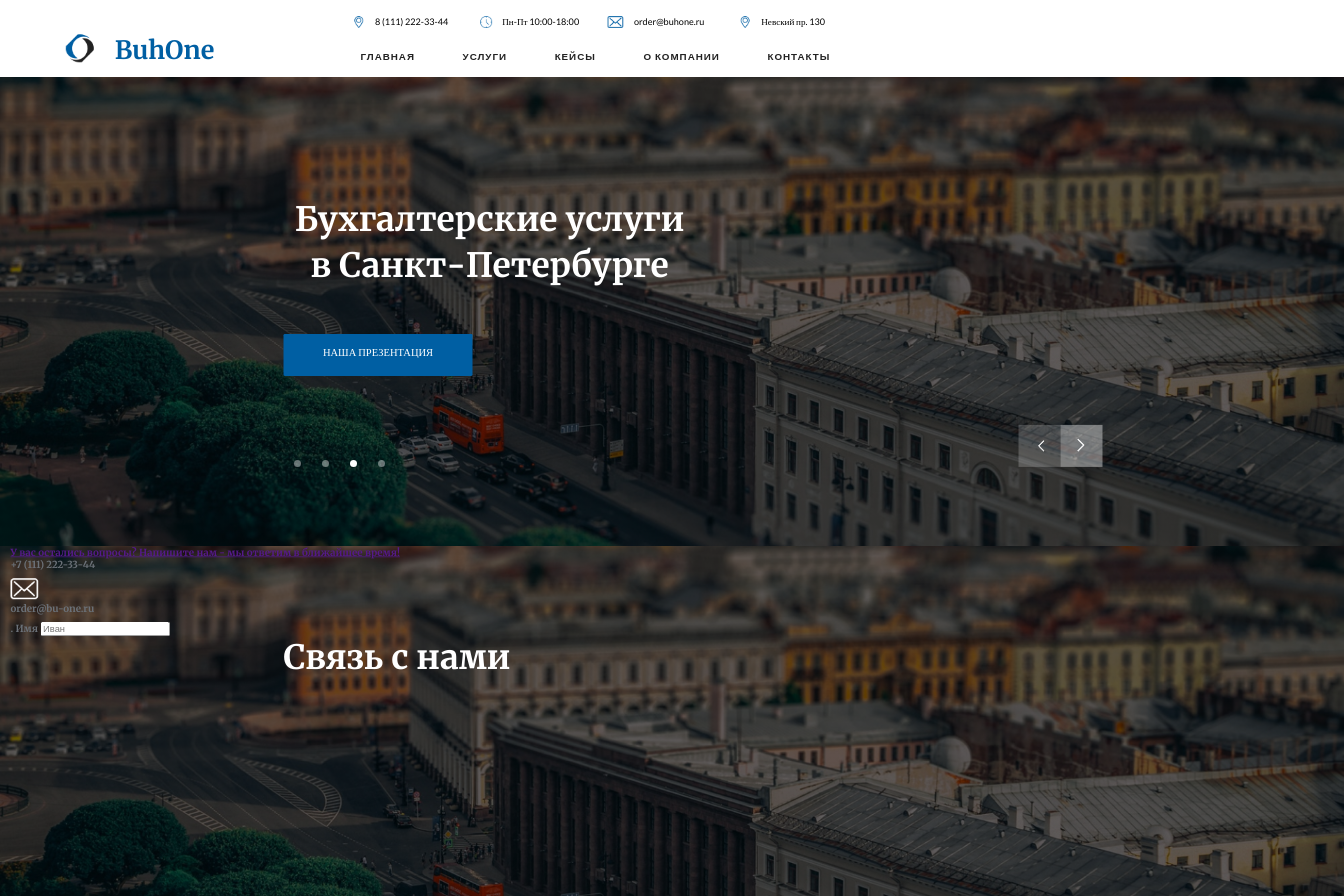
Repository: ZetsubouBilly/test
Page: index.html
The author's editor kept a copy of each file at every save. The page is drawn from the files as they stood at one save, then again after the next save.
The browser window is 1280 px wide. The page is 1920 px wide, so the pictures cover 1920 px, including what lies to the right of the window. The pictures show the part of the page from y = 0 to 1280 px (the page is 1785 px tall), at 70% of full size.

Above is the page before, as saved 2023-05-13 15:46:40.

### index.html
<!DOCTYPE html>
<html lang="ru">
  <head>
    <meta charset="UTF-8" />
    <meta
      name="viewport"
      content="width=device-width, initial-scale=1.0, minimum-scale=1.0, maximum-scale=1.0"
    />
    <link rel="preconnect" href="https://fonts.gstatic.com" />
    <link rel="preconnect" href="https://fonts.googleapis.com" />
    <link rel="preconnect" href="https://fonts.gstatic.com" crossorigin />
    <link
      href="https://fonts.googleapis.com/css2?family=Lato:wght@300;400;700&family=Merriweather:wght@700;900&display=swap"
      rel="stylesheet"
    />
    <link
      rel="stylesheet"
      type="text/css"
      href="https://cdn.jsdelivr.net/npm/slick-carousel@1.8.1/slick/slick.css"
    />
    <link rel="stylesheet" href="css/style.css" />

    <meta name="description" content="Описание страницы" />
    <meta name="google" content="notranslate" />
    <meta name="keywords" content="создаие сайтов, верстка сайтов" />

    <title>BuhOne</title>

    <script src="https://cdnjs.cloudflare.com/ajax/libs/jquery/3.5.1/jquery.min.js"></script>
  </head>
  <body>
    <!-- Header -->

    <header class="header" id="header">
      <div class="header__inner">
        <div class="header__inner_l">
          <div class="header__logo">
            <img src="img/logo.png" alt="" />
            <p class="header__logo_name">BuhOne</p>
          </div>
        </div>
        <div class="header__inner_r">
          <div class="top-line">
            <div class="top-line_info">
              <img class="top-line_info_img" src="img/placeholder.png" alt="" />
              <p class="top-line_info_text">8 (111) 222-33-44</p>
            </div>
            <div class="top-line_info">
              <img class="top-line_info_img" src="img/time.png" alt="" />
              <p class="top-line_info_text">Пн-Пт 10:00-18:00</p>
            </div>
            <div class="top-line_info">
              <img class="top-line_info_img" src="img/Frame.png" alt="" />
              <p class="top-line_info_text">order@buhone.ru</p>
            </div>
            <div class="top-line_info">
              <img class="top-line_info_img" src="img/placeholder.png" alt="" />
              <p class="top-line_info_text">Невский пр. 130</p>
            </div>
          </div>
          <nav class="nav" id="nav">
            <a class="nav__link" href="#" data-scroll="#features">Главная</a>
            <a class="nav__link" href="#" data-scroll="#works">Услуги</a>
            <a class="nav__link" href="#" data-scroll="#team">Кейсы</a>
            <a class="nav__link" href="#" data-scroll="#reviews">О компании</a>
            <a class="nav__link" href="#" data-scroll="#download">Контакты</a>
          </nav>
        </div>

        <button class="burger" type="button" id="navToggle">
          <span class="burger__item">Menu</span>
        </button>
      </div>
    </header>

    <!-- Intro -->

    <div class="intro" id="intro">
      <div class="container">
        <div class="intro__inner">
          <h1 class="intro__title">Бухгалтерские услуги в Санкт-Петербурге</h1>

          <a class="btn btn--blue" href="">Наша презентация</a>
          <div class="slider__controls">
            <div class="slider__controls_dot"></div>
            <div class="slider__controls_dot"></div>
            <div class="slider__controls_dot active"></div>
            <div class="slider__controls_dot"></div>
          </div>

          <div class="slider_btn">
            <div class="slider__button slider__button-prev"></div>

            <svg
              width="9"
              height="60"
              stroke="white"
              viewBox="0 0 9 15"
              fill="white"
              xmlns="http://www.w3.org/2000/svg"
            >
              <path
                d="M1.56397 7.49961L8.33822 0.725363C8.50482 0.558757 8.50482 0.29156 8.33822 0.124954C8.17161 -0.0416514 7.90442 -0.0416514 7.73781 0.124954L0.661789 7.20097C0.495183 7.36758 0.495183 7.63478 0.661789 7.80138L7.73781 14.8743C7.81954 14.956 7.92956 15 8.03644 15C8.14332 15 8.25334 14.9591 8.33508 14.8743C8.50168 14.7077 8.50168 14.4405 8.33508 14.2739L1.56397 7.49961Z"
                fill="white"
              />
            </svg>
            <div class="slider__button slider__button-next active"></div>
            <svg
              width="67"
              height="60"
              stroke="white"
              viewBox="-33 -18 26 53"
              fill="none"
              xmlns="http://www.w3.org/2000/svg"
            >
              <path
                d="M7.43599 7.50039L0.661751 14.2746C0.495145 14.4412 0.495145 14.7084 0.661751 14.875C0.828356 15.0417 1.09555 15.0417 1.26216 14.875L8.33818 7.79903C8.50479 7.63242 8.50479 7.36522 8.33818 7.19862L1.26216 0.125741C1.18043 0.0440098 1.0704 6.46293e-07 0.963525 6.55637e-07C0.856646 6.6498e-07 0.746623 0.0408666 0.664892 0.125741C0.498287 0.292346 0.498287 0.559543 0.664892 0.726148L7.43599 7.50039Z"
                fill="white"
              ></path>
            </svg>
          </div>
        </div>
      </div>
    </div>

    <div class="contact" id="">
      <div class="container">
        <div class="contact_all">
          <div class="contact_l">
            <h1 class="contact__title">Связь с нами</h1>
            <a href="" class="contact__question"
              >У вас остались вопросы? Напишите нам - мы ответим в ближайшее
              время!</a
            >

            <div class="contact_l_footer">
              <p class="contact_phone">+7 (111) 222-33-44</p>
              <div class="contact_flex_email">
                <img src="img/letter.png" alt="" />
                <p class="contact_email">order@bu-one.ru</p>
              </div>
            </div>
          </div>
          <div class="contact_r">
            <form class="contact_form" action="">
                .
                <label class="contact_label" for="">Имя</label>
                <input type="text" placeholder="Иван">
            </form>
          </div>
        </div>
      </div>
    </div>

    <!-- Testimonials

<div class="reviews" id="reviews">
    <div class="container">

        <div class="reviews__slider" id="reviewsSlider">
            <div class="slick-item">
             <div class="reviews__item">
                 <div class="reviews__photo">
                     <img class="reviews__img" src="img/reviews/review-1.jpg" alt="">
                 </div>
                 <div class="reviews__content">
                        <div class="reviews__text">“Integer posuere erat a ante venenatis dapibus posuere velit aliquet. Donec sed odio dui. Aenean eu leo quam...”</div>
                       <div class="reviews__author">Susan Sims, Interaction Designer at XYZ</div>
                 </div>
                </div>
            </div>

                <div class="slick-item">
                <div class="reviews__item">
                    <div class="reviews__photo">
                        <img class="reviews__img" src="img/reviews/review-1.jpg" alt="">
                    </div>
                    <div class="reviews__content">
                           <div class="reviews__text">"Lorem ipsum dolor sit amet consectetur, adipisicing elit. Maiores, tempore velit, debitis quasi doloribus vero natus sint ratione temporibus fugiat voluptatum nesciunt modi. Adipisci aliquid voluptatem magni laborum, facilis nisi".</div>
                          <div class="reviews__author">Susan Sims, Interaction Designer at XYZ</div>
                    </div>
                   </div>
                </div>
            </div>
        </div>

    </div>
</div> <!-- /reviews -->
    -->

    <!-- Footer -->

    <footer class="footer">
      <div class="container">
        <div class="footer__inner">
          <div class="footer__block">
            <h4 class="footer__title">Location</h4>
            <address class="footer__adress">
              <div>3481 Melrose Place</div>
              <div>Beverly Hills, CA 90210</div>
            </address>
          </div>

          <div class="footer__block">
            <h4 class="footer__title">Share with Love</h4>
            <div class="social social--footer">
              <a class="social__item" href="" target="_blank">
                <svg class="social__icon">
                  <use xlink:href="#facebook"></use>
                </svg>
              </a>

              <a class="social__item" href="" target="_blank">
                <svg class="social__icon">
                  <use xlink:href="#twitter"></use>
                </svg>
              </a>

              <a class="social__item" href="" target="_blank">
                <svg class="social__icon">
                  <use xlink:href="#linkedin"></use>
                </svg>
              </a>
            </div>
          </div>
          <!-- /footer__block__social -->

          <div class="footer__block">
            <h4 class="footer__title">About ActiveBox</h4>
            <div class="footer__text">
              <p>
                Cras justo odio, dapibus ac facilisis in, egestas eget quam.
                Donec ullamcorper nulla non metus auctor fringilla.
              </p>
            </div>
          </div>
        </div>
        <!-- /footer__inner -->
      </div>
      <!-- /container -->

      <div class="copyright">
        <div class="container">
          <div class="copyright__text">
            <div>Copyright © 2015 ActiveBox. All Rights Reserved</div>
            <div>Made <span>by Kamal Chaneman</span></div>
          </div>
        </div>
      </div>
    </footer>

    <!-- Javascript -->
    <script src="https://cdn.jsdelivr.net/npm/slick-carousel@1.8.1/slick/slick.min.js"></script>
    <script src="js/app.js"></script>
  </body>
</html>

### css/style.css
body {
  margin: 0;

  font-family: "Merriweather", sans-serif;
  font-size: 14px;
  color: #6c7279;
  -webkit-font-smoothing: antialiased;

  background-color: #fff;
}

*,
*:before,
*:after {
  box-sizing: border-box; /* алгоритм подсчета размеров с учетом padding и границ. */
}

h1,
h2,
h3,
h4,
h5,
h6 {
  margin: 0;
}

p {
  margin: 0 0 10px;
}

/* Container
==================== */

.container {
  width: 100%;
  max-width: 1920px;
  margin: 0 auto;
  padding: 0 15px;
}

/* Header
==================== */

.header {
  /* position: absolute; */
  width: 100%;
  height: 73px;
  height: 110px;
  /* left: 50%; */
  /* top: 6.52px; */
  /* margin-left: -560px; */
  background-color: #fff;
}

.header.fixed {
  height: auto;

  position: fixed; /* фиксируем шапку при скроле*/

  background-color: #fff;
}

.header.fixed .header__inner {
  padding-top: 15px;
  padding-bottom: 15px;

  border-bottom: 0;
}

.header__inner {
  display: flex;
  justify-content: space-around;
  align-items: center;
  max-width: 1116px;
  /* padding: 35px 0; */

  /* border-bottom: 1px solid #4d5066; */
  margin: 0 auto;
}
.header__inner_l {
  margin-right: 185px;
}
.header__inner_r {
  display: flex;
  flex-direction: column;
  width: 671px;
}

.header__logo {
  display: flex;
  align-items: flex-start;
  justify-content: space-between;
  max-width: 260px;
  padding-top: 33px;
}
.header__logo_name {
  font-size: 36px;
  margin-left: 30px;
  color: #005fa3;
}

/* Top-line
==================== */

.top-line {
  display: flex;
  padding: 23px 0px 0px 40px;
  justify-content: center;
  margin-bottom: 22px;
  width: 671px;
}
.top-line_info {
  display: flex;
  margin-right: 40px;
}
.top-line_info_img {
  margin-right: 15px;
  max-width: 23px;
  height: 17px;
}
.top-line_info_text {
  font-family: "Lato";
  font-style: normal;
  font-weight: 400;
  font-size: 13px;
  line-height: 17px;
  width: 110px;

  color: #000000;
}

/* Nav
==================== */

.nav {
  display: flex;
  font-size: 13px;
  font-weight: 700;
  text-transform: uppercase;
  width: 671px;
  justify-content: space-between;
  margin-bottom: 31px;
}

.nav__link {
  font-family: "Lato", sans-serif;
  font-style: normal;
  font-weight: 700;
  font-size: 14px;
  line-height: 17px;

  letter-spacing: 0.1em;
  text-transform: uppercase;

  color: #222222;
  text-decoration: none;
}
.nav__link:first-child {
  margin-left: 0;
}

.nav__link:hover {
  opacity: 1;
}

/* Intro
==================== */

.intro {
  /* position: absolute; */
  width: 1920px;
  height: 670px;
  /* left: 0px;
    top: 110px; */

  /* background-size: cover; */
  background: linear-gradient(0deg, rgba(0, 0, 0, 0.6), rgba(0, 0, 0, 0.6)),
    url("../img/Rectangle.png") no-repeat;
}

.intro__inner {
  width: 100%;
  max-width: 1920px;
  margin: 0 auto;
  text-align: center;
}

.intro__title {
  position: absolute;
  width: 589px;
  height: 117px;
  left: 405px;
  top: 280px;

  /* h1 */

  font-family: "Merriweather";
  font-style: normal;
  font-weight: 700;
  font-size: 48px;
  line-height: 66px;

  color: #ffffff;
}

.intro__subtitle {
  margin-bottom: 60px;
  font-size: 22px;
  color: #fff;
  line-height: 1.5;
  font-weight: 400;
}

/* Button
==================== */

.btn {
  display: inline-block;
  vertical-align: top;
  padding: 14px 40px;

  border-radius: 2px;
  border: 0;
  cursor: pointer;

  font-family: "Lato";
  font-style: normal;
  font-weight: 400;
  font-size: 15px;
  line-height: 25px;
  text-align: center;

  color: #fff;

  text-transform: uppercase;
  text-decoration: none;

  transition: background 0.1s linear;
}

.btn--blue {
  position: absolute;
  width: 270px;
  height: 60px;
  left: 405px;
  top: 477px;

  background: #005fa3;
}


/* Slider Controls
==================== */
.slider__controls {
  position: absolute;
  width: 160px;
  height: 10px;
  left: 405px;
  top: 657px;
  display: flex;
  justify-content: space-around;
}

.slider__controls_dot {
  /* position: absolute; */
  width: 10px;
  height: 10px;
  /* left: 555px; */
  /* top: 657px; */
  border-radius: 50%;

  background: #ffffff;
  opacity: 0.4;
}
.slider__controls_dot.active {
  opacity: 1;
}

.slider_btn {
  position: absolute;

  left: 1455px;
  top: 607px;
  display: flex;
}
.slider__button {
    position: relative;
  width: 60px;
  height: 60px;
  background-color: #fff;
  opacity: 0.2;
}
 svg {
    position: absolute;
    left: 23.58%;
    right: 23.58%;
    top: 0%;
    bottom: 0%;
    opacity: 1;
  }
.slider__button-prev {
    position: relative;
  /* background: #ffffff; */
  /* opacity: 0.2; */

}


.slider__button-next.active {
    position: relative;
  background: #ffffff;
  opacity: 0.4;
}
/* .slider__button-next img{
    position: absolute;
    left: 76.42%;
    right: -29.26%;
    top: 100%;
    bottom: -100%;

    transform: rotate(180deg);
} */

/* Cpntact
==================== */
.contact {
    position: relative;
    width: 1920px;
    height: 670px;
    /* left: 0px;
      top: 110px; */

    /* background-size: cover; */
    background: linear-gradient(0deg, rgba(0, 0, 0, 0.6), rgba(0, 0, 0, 0.6)),
      url("../img/Rectangle.png") no-repeat;
  }
.contact__title {
    position: absolute;
    width: 589px;
    height: 117px;
    left: 405px;
    top: 125px;

    /* h1 */

    font-family: "Merriweather";
    font-style: normal;
    font-weight: 700;
    font-size: 48px;
    line-height: 66px;

    color: #ffffff;
}

.features {
  display: flex;
  flex-wrap: wrap;
  margin: 95px 0;
}

.features__item {
  width: 33.33333%;
  padding: 0 40px;
  text-align: center;
  margin: 25px 0;
}

.features__icon {
  margin-bottom: 25px;
}

.features__title {
  margin-bottom: 20px;
  font-size: 14px;

  color: #2d3033;
  font-weight: 700;
  text-transform: uppercase;
}

.features__text {
  font-size: 14px;
  line-height: 1.5;
  color: #6c7279;
}

/* Works
===================*/

.works {
  display: flex;
  flex-wrap: wrap;
}

.works__item {
  width: 25%;
  height: 350px;
  border-bottom: 1px solid #fff;
  border-right: 1px solid #fff;

  position: relative;
  overflow: hidden;
}
.works__item:hover .works__content {
  opacity: 1;
}

.works__photo {
  min-width: 100%;
  position: absolute;
  top: 50%;
  left: 50%;
  z-index: 1;

  transform: translate3d(-50%, -50%, 0);
}

.works__content {
  display: flex;
  flex-direction: column;
  justify-content: center;
  width: 100%;
  height: 100%;
  opacity: 0;

  text-align: center;

  background-color: rgba(232, 69, 69, 0.9);

  position: absolute;
  top: 0;
  left: 0;
  z-index: 2;
  transition: opacity 0.2s linear;
}

.works__title {
  margin-bottom: 5px;

  font-size: 14px;
  font-weight: 700;
  color: #fff;
  text-transform: uppercase;
}

.works__text {
  font-size: 14px;
  color: #fff;
}

/* Team
==================*/

.team {
  margin: 100px 0;
}

.team__inner {
  display: flex;
  flex-wrap: wrap;
  margin: 0 -15px;
}

.team__item {
  width: 25%;
  padding: 0 15px;
  margin-bottom: 30px;
}

.team__photo {
  display: block;
  min-width: 100%;
  height: auto;
  margin-bottom: 20px;
}

.team__name {
  margin-bottom: 8px;

  font-size: 25px;
  color: #2d3033;
}

.team__prof {
  margin-bottom: 15px;

  font-size: 13px;
  color: #e84545;
  text-transform: uppercase;
}

.team__text {
  margin-bottom: 20px;

  font-size: 14px;
  line-height: 1.5;
  color: #6c7279;
}

/* Social
==================*/

.social {
  display: flex;
}

.social--footer {
  justify-content: center;
}

.social__item {
  display: flex;
  justify-content: center;
  align-items: center;
  width: 40px;
  height: 40px;
  margin-right: 4px;

  background-color: #fff;
  border: 1px solid #e8ecee;

  transition: background 0.1s linear;
}
.social__item:hover {
  background-color: #e8ecee;
}

.social__item:hover .social__icon {
  fill: #000;
}

.social--footer .social__item {
  background-color: transparent;
  border-width: 2px;
  border-color: #fff;
  border-radius: 2px;
}

.social--footer .social__item:hover {
  background-color: #fff;
}

.social__icon {
  display: block;
  height: 18px;
  fill: #c6cacc;

  transition: fill 0.1s linear;
}

.social--footer .social__icon {
  fill: #fff;
}

/* reviews
==================*/

.reviews {
  overflow: hidden;
  background-color: #53354a;
}

.reviews__slider {
  height: 500px;
  overflow: hidden;
}

.reviews__slider.slick-initialized {
  height: auto;
}

.reviews__item {
  display: flex;
  flex-wrap: wrap;
  overflow: hidden;
}

.reviews__photo {
  width: 50%;
  height: 500px;
  position: relative;
}

.reviews__img {
  position: absolute;
  top: 50%;
  right: 0;
  z-index: 1;

  transform: translateY(-50%);
}

.reviews__content {
  display: flex;
  flex-direction: column;
  justify-content: center;
  width: 50%;
  padding-left: 80px;
}

.reviews__text {
  margin-bottom: 25px;

  font-family: "Cardo", sans-serif;
  font-style: italic;
  font-size: 36px;
  line-height: 1.2;
  color: #fff;
}

.reviews__author {
  font-size: 13px;
  font-weight: 700;
  text-transform: uppercase;
  color: #fff;
}

.slick-dots {
  display: flex;
  justify-content: center;
  margin: 0;
  padding: 0 0 10px;
  list-style: none;
  width: 50%;

  position: absolute;
  bottom: 0;
  right: 0;
  z-index: 2;
}
.slick-dots li {
  margin: 0 5px;
}

.slick-dots button {
  width: 15px;
  height: 15px;
  padding: 0;

  background: #fff;
  border-radius: 50%;
  border: 0;
  opacity: 0.5;
  cursor: pointer;

  font-size: 0;
  color: transparent;
}

.slick-dots button:focus {
  outline: 0;
}

.slick-dots .slick-active button {
  opacity: 1;
}

/* Download
==================*/

.download {
  margin: 90px 0;

  text-align: center;
}

.download__title {
  margin-bottom: 10px;

  font-size: 28px;
  color: #2d3033;
  font-weight: 300;
}

.download__text {
  margin-bottom: 30px;

  font-size: 13px;
  color: #2d3033;
  font-weight: 700;

  text-transform: uppercase;
}

/* Features
==================== */

.footer {
  background-color: #3a3e64;
}

.footer__inner {
  padding: 70px 0;

  display: flex;
  flex-wrap: wrap;
}

.footer__block {
  width: 33.33333%;
  padding: 0 15px;

  text-align: center;
}

.footer__title {
  margin-bottom: 10px;

  font-size: 14px;
  font-weight: 700;
  color: #fff;
  text-transform: uppercase;
}

.footer__adress {
  font-size: 14px;
  line-height: 1.5;
  font-style: normal;
  color: rgba(255, 255, 255, 0.5);
}

.footer__text {
  font-size: 14px;
  line-height: 1.5;
  color: rgba(255, 255, 255, 0.5);
}

/* copyright
==================== */
.copyright {
  padding: 20px 0;
  background-color: #313454;
}

.copyright__text {
  text-align: center;
  font-size: 14px;
  color: #808080;
}

.copyright__text span {
  color: #fff;
}

/* Burger
==================== */
.burger {
  display: none;
  padding: 9px 2px;

  background: none;
  border: 0;
  cursor: pointer;
}

.burger__item {
  display: block;
  width: 30px;
  height: 3px;

  background-color: #fff;

  font-size: 0;
  color: transparent;

  position: relative;
}

.burger__item:before,
.burger__item:after {
  content: "";
  width: 100%;
  height: 100%;

  background-color: #fff;

  position: absolute;
  left: 0;
  z-index: 1;
}

.burger__item:before {
  top: -8px;
}

.burger__item:after {
  bottom: -8px;
}

/* Media
==================== */
@media (max-width: 1300px) {
  /* Works */
  .works__item {
    width: 50%;
  }
}

@media (max-width: 991px) {
  /* Nav  скрываем кнопки навигации при смене размера девайса*/
  .nav {
    display: none;
    flex-direction: column;
    background-color: #31344e;

    width: 100%;
    text-align: right;

    position: absolute;
    top: 100%;
    right: 0;
  }

  .nav.show {
    display: flex;
  }

  .nav__link {
    padding: 9px 15px;
  }

  /* Burger */
  .burger {
    display: block;
  }

  /* intro  меняем размер title под размер девайса*/
  .intro__title {
    font-size: 40px;
  }

  /* Features */
  .features__item {
    width: 50%;
  }

  /* Team */
  .team__item {
    width: 50%;

    text-align: center;
  }

  .team__photo {
    margin-left: auto;
    margin-right: auto;
  }

  /* Team */
  .social {
    justify-content: center;
  }

  /*Reviews */
  .reviews__photo {
    width: 100%;
    margin: 15px 0 40px;
    overflow: hidden;
  }

  .reviews__content {
    width: 100%;
    padding-left: 0;
    padding-bottom: 40px;
  }
}

@media (max-width: 767px) {
  .intro {
    height: auto;
    padding-top: 130px;
    padding-bottom: 30px;
  }

  .intro__title {
    font-size: 30px;
  }

  .intro__subtitle {
    margin-bottom: 30px;

    font-size: 16px;
  }

  /* Features */
  .features {
    margin: 40px 0;
  }

  .features__item {
    width: 100%;
    padding-left: 0;
    padding-right: 0;
  }

  /* Works */
  .works__item {
    width: 100%;
    height: 300px;
  }

  /* Team */
  .team {
    margin: 60px 0 30px;
  }
  .team__item {
    width: 100%;
  }

  /* Reviews */
  .reviews__text {
    font-size: 25px;
  }

  /* Btn */
  .btn--long {
    min-width: 260px;
  }

  /* Download */
  .download {
    margin: 50px 0;
  }

  .download__title {
    font-size: 24px;
  }

  /* Footer */
  .footer__inner {
    padding: 30px 0;
  }
  .footer__block {
    width: 100%;
    padding-left: 0;
    padding-right: 0;
    margin-bottom: 30px;
  }
  .footer__block:last-child {
    margin-bottom: 0;
  }
}

@media (max-width: 414px) {
  /*Reviews */
  .reviews__img {
    right: -100px;
  }
}

Loaded but not shown: js/app.js (82 lines, source omitted)

After the next save:
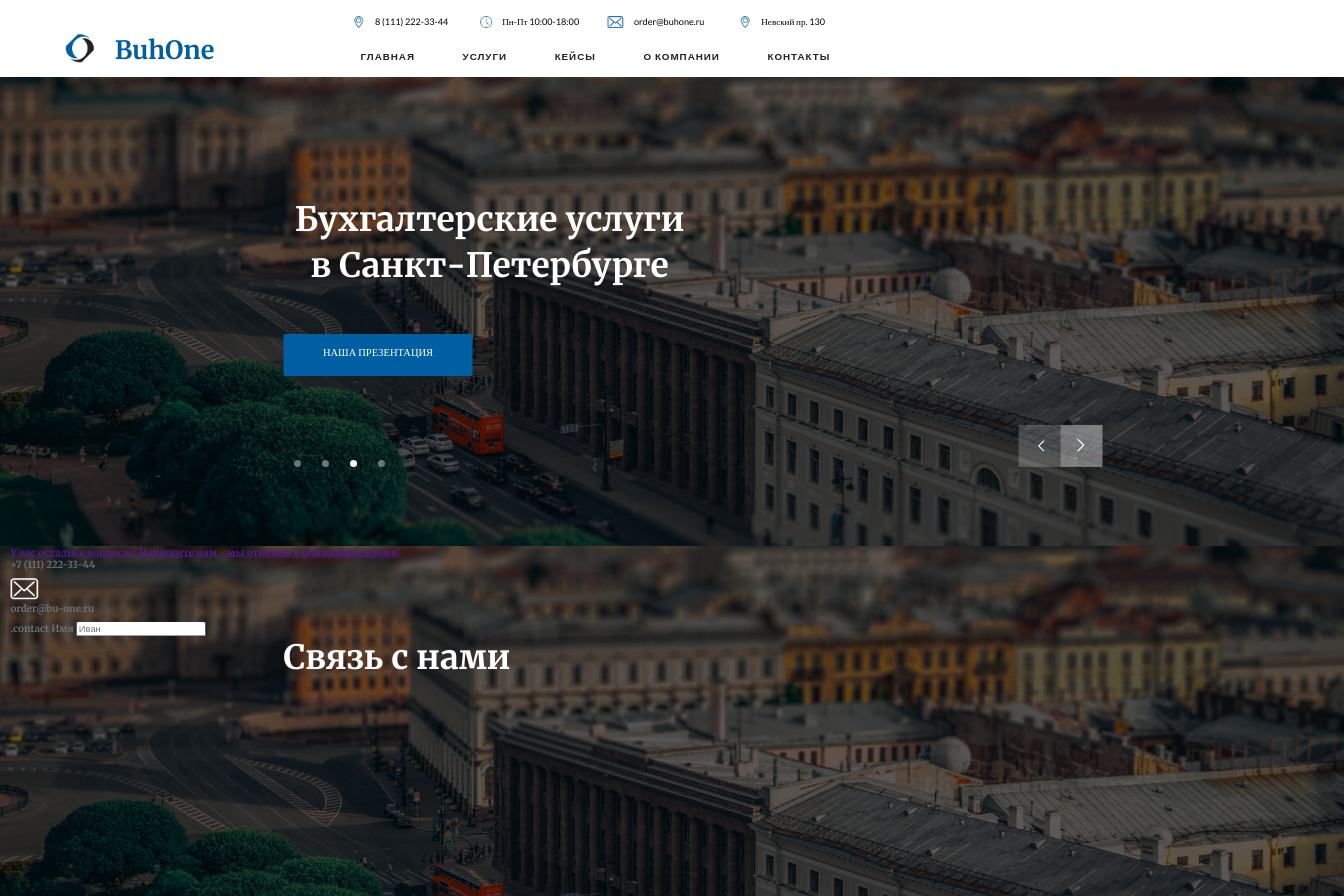
Saved 7 s later.
--- a/index.html
+++ b/index.html
@@ -143,7 +143,7 @@
           </div>
           <div class="contact_r">
             <form class="contact_form" action="">
-                .
+                .contact
                 <label class="contact_label" for="">Имя</label>
                 <input type="text" placeholder="Иван">
             </form>
